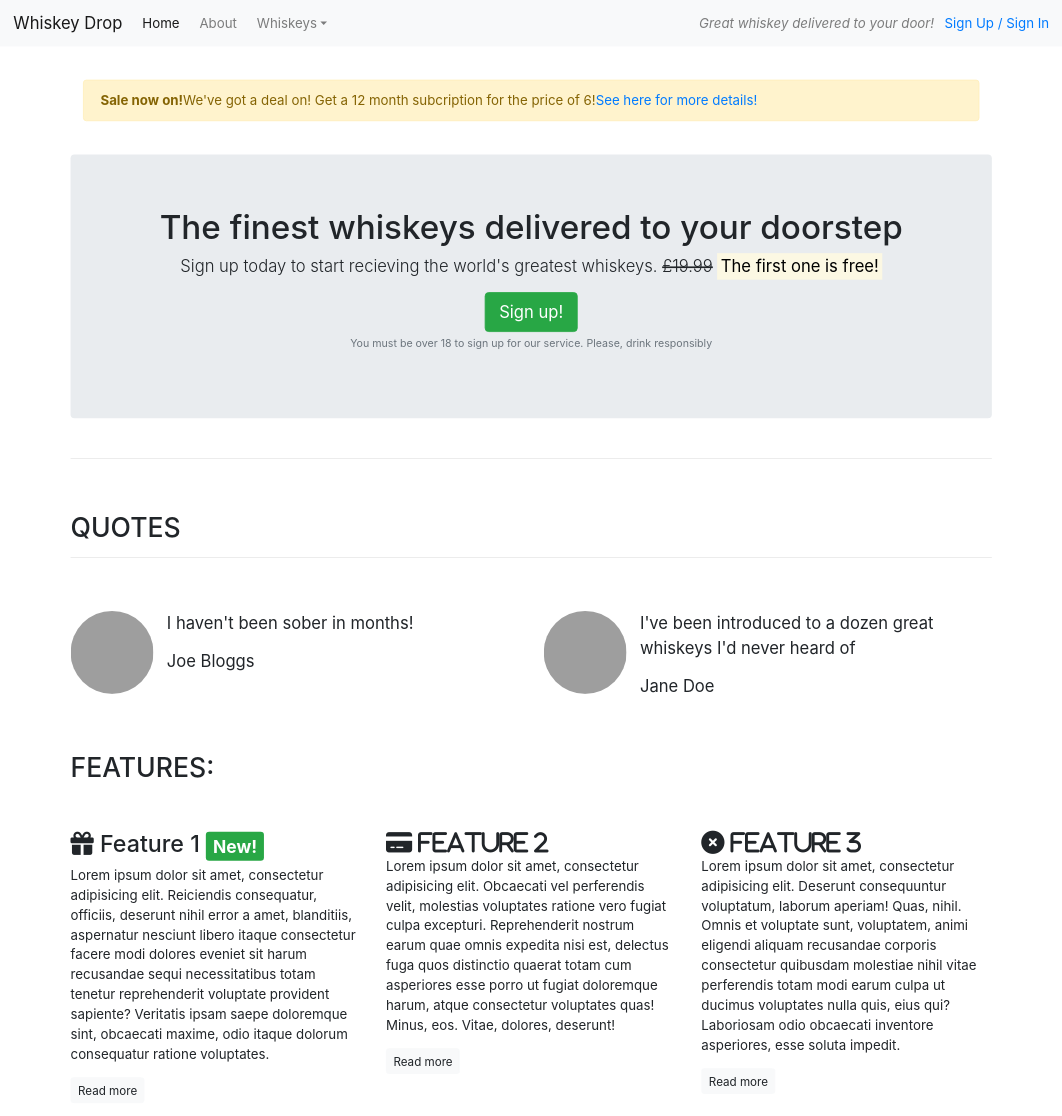
Repository: Matt-F90/Intro-to-bootstrap
Page: index.html
The author's editor kept a record of every edit. The page is drawn from the files as they stood at one moment, then again after the next edit.
The browser window is 1280 px wide. The pictures show the whole page, at 83% of full size.
Pictures or frames that could not be fetched are drawn as grey boxes. Some web libraries are served in a nearby version.

Above is the page before.
Console error: TypeError: Cannot read properties of undefined (reading 'fn')

### index.html
<!DOCTYPE html>
<html lang="en">

<head>
    <meta charset="UTF-8">
    <meta name="viewport" content="width=device-width, initial-scale=1.0">
    <meta http-equiv="X-UA-Compatible" content="ie=edge">
    <title>Whiskey Drop | Taste a new whiskey every month</title>
    <link rel="stylesheet" href="https://stackpath.bootstrapcdn.com/bootstrap/4.1.3/css/bootstrap.min.css" integrity="sha384-MCw98/SFnGE8fJT3GXwEOngsV7Zt27NXFoaoApmYm81iuXoPkFOJwJ8ERdknLPMO" crossorigin="anonymous">
    <script src="https://stackpath.bootstrapcdn.com/bootstrap/4.1.3/js/bootstrap.min.js" integrity="sha384-ChfqqxuZUCnJSK3+MXmPNIyE6ZbWh2IMqE241rYiqJxyMiZ6OW/JmZQ5stwEULTy" crossorigin="anonymous"></script>
    <script src="https://kit.fontawesome.com/f919e2be21.js" crossorigin="anonymous"></script>

    <body>
        <nav class="navbar navbar-light bg-light navbar-expand-sm">
            <a href="/" class="navbar-brand">Whiskey Drop</a>

            <button class="navbar-toggler ml-auto" type="button" data-toggle="collapse" data-target="#navbarNavDropdown" aria-controls="navbarNavDropdown" aria-expanded="false" aria-label="Toggle navigation">
        <span class="navbar-toggler-icon"></span></button>

            <div class="collapse navbar-collapse" id="navbarNavDropdown">

                <ul class="navbar-nav mr-auto">
                    <li class="active nav-item mr-2"><a class="nav-link" href="/">Home</a></li>
                    <li class="nav-item mr-2"><a class="nav-link" href="/about">About</a></li>
                    <li class "nav-item dropdown">
                        <a class="nav-link dropdown-toggle" href="#" id="navbarDropdownMenuLink" role="button" data-toggle="dropdown" aria-haspopup="true" aria-expanded="false">
          Whiskeys</a>
                        <div class="dropdown-menu" aria-labelledby="navbarDropdownMenuLink">
                            <a class="dropdown-item" href="#">Irish</a>
                            <a class="dropdown-item" href="#">Scotch</a>
                            <a class="dropdown-item" href="#">Japanese</a>
                            <a class="dropdown-item" href="#">American</a>
                        </div>
                    </li>
                    <li class="nav-item mr-2 d-block d-sm-none"><a class="nav-link" href="/login">Sign Up / Sign In</a></li>
                </ul>
            </div>
            <div class="d-none d-md-block">
                <p class="navbar-text my-auto mr-2"><i>Great whiskey delivered to your door!</i></p>
                <a href="/login">Sign Up / Sign In</a>
            </div>
        </nav>
        <article class="container mt-3">
            <div class="row d-none d-sm-inline">
                <div class="col-12">
                    <div class="alert alert-warning">
                        <strong>Sale now on!</strong>We've got a deal on! Get a 12 month subcription for the price of 6!<a href "/">See here for more details!</a>
                    </div>
                </div>
            </div>
            <div class="row">
                <div class="col-12">
                    <section class="callout jumbotron text-center">
                        <h1>The finest whiskeys delivered to your doorstep</h1>
                        <p class="lead">Sign up today to start recieving the world's greatest whiskeys.
                            <s class="d-none d-sm-inline">£19.99</s>
                            <span class="d-inline d-sm-none"><br></span>
                            <strong><mark>The first one is free!</mark></strong></p>
                        <button class="btn btn-success btn-lg">Sign up!</button>
                        <p class="text-muted"><small>You must be over 18 to sign up for our service. Please, drink responsibly</small></p>
                    </section>
                </div>
            </div>

            <hr>
            <section class="quotes">
                <div class="row">
                    <div class="col-12 my-5">
                        <h2 class="text-uppercase">Quotes</h2>
                        <hr />
                    </div>
                </div>
                <div class="row">
                    <div class="col-12 col-md-6">
                        <div class="media">
                            <div class="d-none d-sm-block">
                                <img src="images/guy-image.png" class="rounded-circle mr-3" height=100 width=100>
                            </div>
                            <div class="media-body">
                                <blockquote class="blockquote">
                                    <p>I haven't been sober in months!</p>
                                    <p>Joe Bloggs</p>
                                </blockquote>
                            </div>
                        </div>
                    </div>
                    <div class="col-12 col-md-6">
                        <div class="media">
                            <div class="d-none d-sm-block">
                                <img src="images/girl-image.png" class="rounded-circle mr-3" height=100 width=100>
                            </div>
                            <div class="media-body">
                                <blockquote class="blockquote">
                                    <p>I've been introduced to a dozen great whiskeys I'd never heard of</p>
                                    <p>Jane Doe</p>
                                </blockquote>
                            </div>
                        </div>
                    </div>
                </div>
            </section>

            <section class="features">
                <div class="row">
                    <div class="col-12 my-5">
                        <h2 class="text-uppercase">Features:</h2>
                    </div>
                </div>
                <div class="row">
                    <div class="col-12 col-md-6 col-lg-4">
                        <div class="feature">
                            <h3><i class="fas fa-gift d-none d-sm-inline"></i> Feature 1 <span class="badge badge-success d-none d-sm-inline">New!</span></h3>
                            <p>Lorem ipsum dolor sit amet, consectetur adipisicing elit. Reiciendis consequatur, officiis, deserunt nihil error a amet, blanditiis, aspernatur nesciunt libero itaque consectetur facere modi dolores eveniet sit harum recusandae
                                sequi necessitatibus totam tenetur reprehenderit voluptate provident sapiente? Veritatis ipsam saepe doloremque sint, obcaecati maxime, odio itaque dolorum consequatur ratione voluptates.</ipsum50>
                            </p>
                            <p><a class="btn btn-sm btn-light">Read more</a></p>
                        </div>
                    </div>
                    <div class="col-12 col-md-6 col-lg-4">
                        <div class="feature">
                            <h3 <i class="fas fa-credit-card d-none d-sm-inline">
                                </i> Feature 2</h3>
                            <p>Lorem ipsum dolor sit amet, consectetur adipisicing elit. Obcaecati vel perferendis velit, molestias voluptates ratione vero fugiat culpa excepturi. Reprehenderit nostrum earum quae omnis expedita nisi est, delectus fuga quos
                                distinctio quaerat totam cum asperiores esse porro ut fugiat doloremque harum, atque consectetur voluptates quas! Minus, eos. Vitae, dolores, deserunt!</p>
                            <p><a class="btn btn-sm btn-light">Read more</a></p>
                        </div>
                    </div>
                    <div class="col-12 d-md-none d-lg-block col-lg-4">
                        <div class="feature">
                            <h3 <i class="fas fa-times-circle d-none d-sm-inline">
                                </i> Feature 3</h3>
                            <p>Lorem ipsum dolor sit amet, consectetur adipisicing elit. Deserunt consequuntur voluptatum, laborum aperiam! Quas, nihil. Omnis et voluptate sunt, voluptatem, animi eligendi aliquam recusandae corporis consectetur quibusdam
                                molestiae nihil vitae perferendis totam modi earum culpa ut ducimus voluptates nulla quis, eius qui? Laboriosam odio obcaecati inventore asperiores, esse soluta impedit.</p>
                            <p><a class="btn btn-sm btn-light">Read more</a></p>
                        </div>
                    </div>
                </div>
            </section>

        </article>
        <script src="https://code.jquery.com/jquery-3.3.1.slim.min.js" integrity="sha384-q8i/X+965DzO0rT7abK41JStQIAqVgRVzpbzo5smXKp4YfRvH+8abtTE1Pi6jizo" crossorigin="anonymous"></script>
        <script src="https://cdnjs.cloudflare.com/ajax/libs/popper.js/1.14.3/umd/popper.min.js" integrity="sha384-ZMP7rVo3mIykV+2+9J3UJ46jBk0WLaUAdn689aCwoqbBJiSnjAK/l8WvCWPIPm49" crossorigin="anonymous"></script>
        <script src="https://stackpath.bootstrapcdn.com/bootstrap/4.1.3/js/bootstrap.min.js" integrity="sha384-ChfqqxuZUCnJSK3+MXmPNIyE6ZbWh2IMqE241rYiqJxyMiZ6OW/JmZQ5stwEULTy" crossorigin="anonymous"></script>
    </body>

</html>

After the next edit:
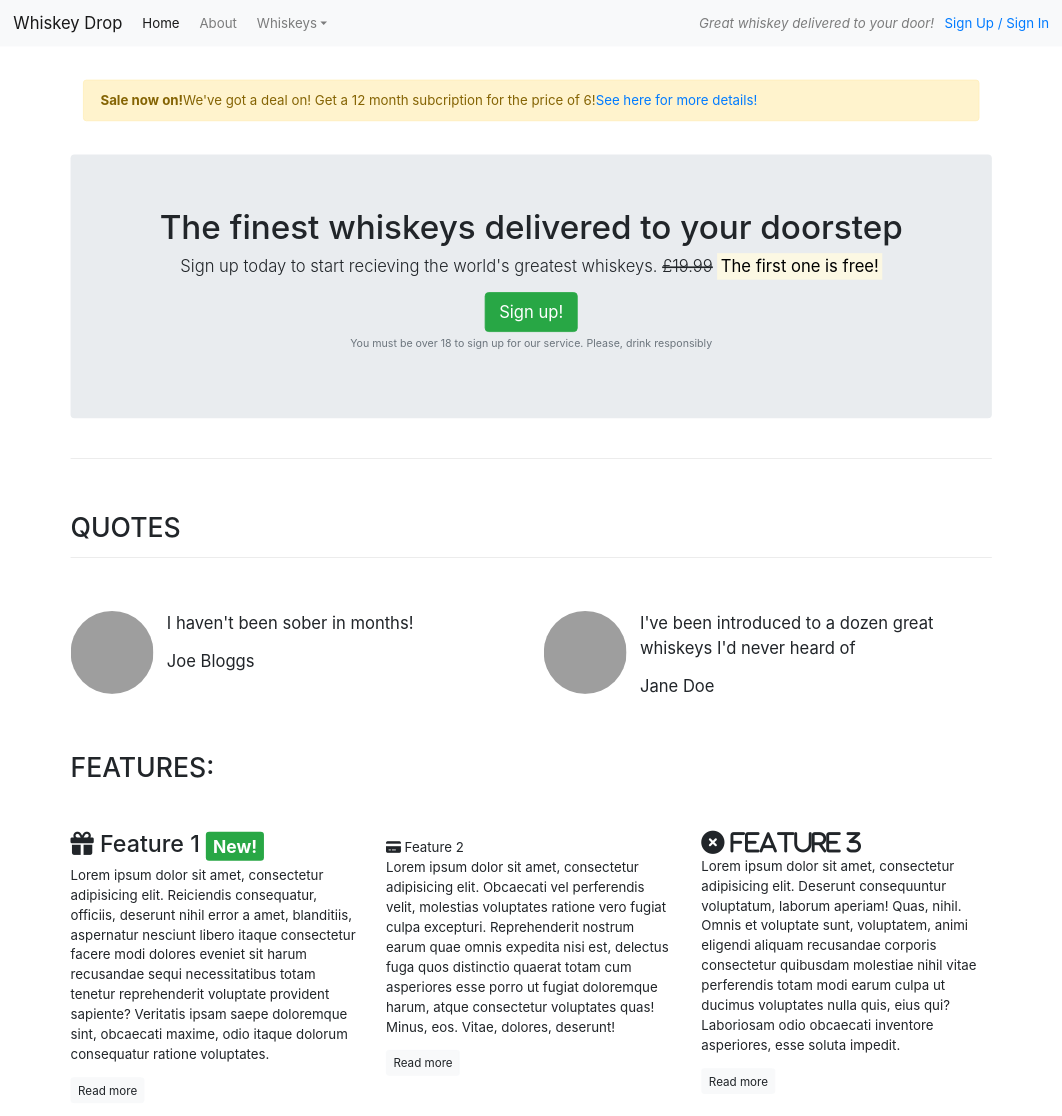
The edit:
--- a/index.html
+++ b/index.html
@@ -118,8 +118,7 @@
                     </div>
                     <div class="col-12 col-md-6 col-lg-4">
                         <div class="feature">
-                            <h3 <i class="fas fa-credit-card d-none d-sm-inline">
-                                </i> Feature 2</h3>
+                            <h3></h3><i class="fas fa-credit-card d-none d-sm-inline"></i> Feature 2 </h3>
                             <p>Lorem ipsum dolor sit amet, consectetur adipisicing elit. Obcaecati vel perferendis velit, molestias voluptates ratione vero fugiat culpa excepturi. Reprehenderit nostrum earum quae omnis expedita nisi est, delectus fuga quos
                                 distinctio quaerat totam cum asperiores esse porro ut fugiat doloremque harum, atque consectetur voluptates quas! Minus, eos. Vitae, dolores, deserunt!</p>
                             <p><a class="btn btn-sm btn-light">Read more</a></p>
